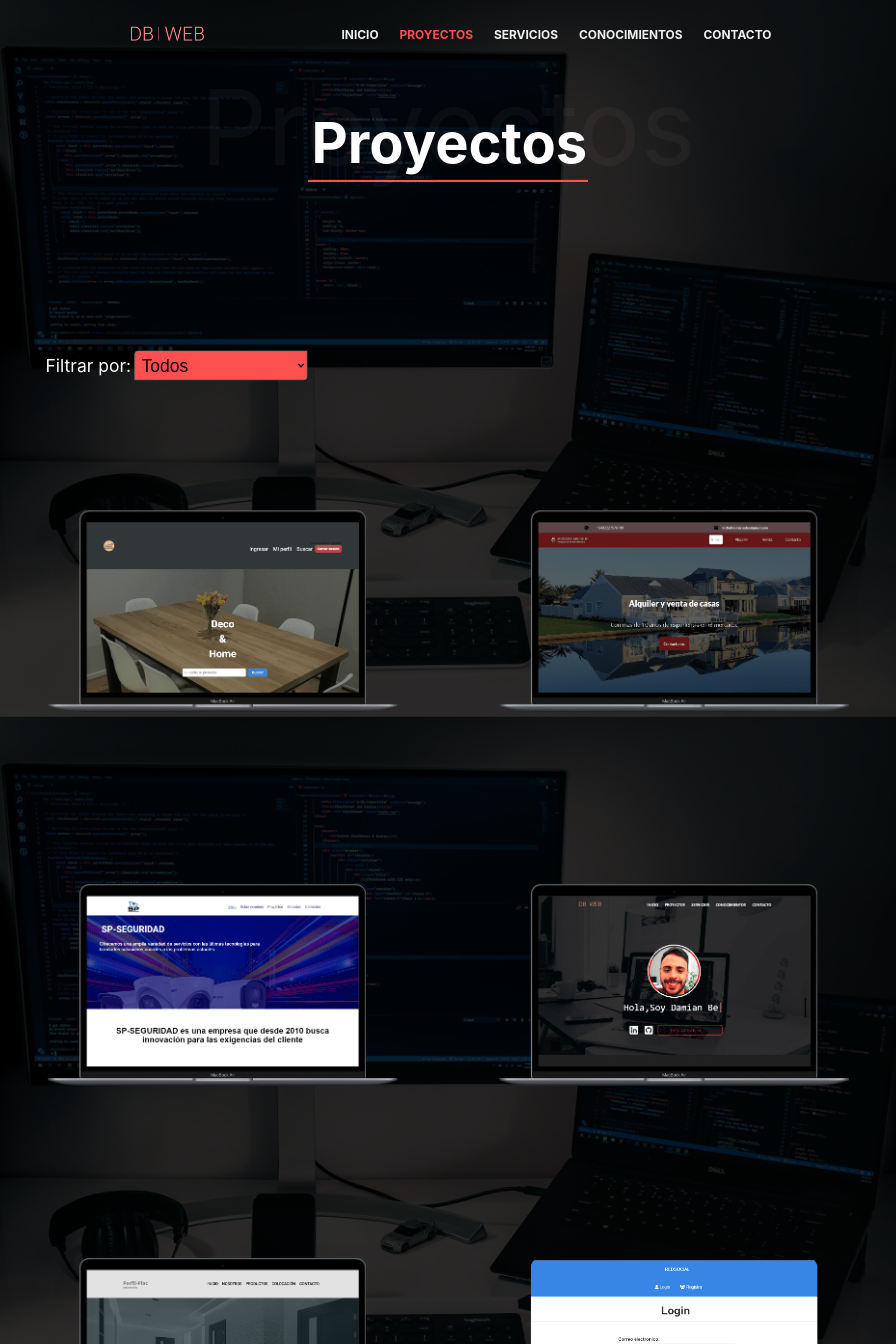
Repository: DamianBermudez94/DB-Porfolio
Page: /proyecto
These files come from the project's save history. The page is drawn as it stood at one moment and after the next save; the edit follows.
The browser window is 1280 px wide. The pictures show the part of the page from y = 0 to 1920 px (the page is 2998 px tall), at 70% of full size.
Backgrounds fixed to the window are drawn as part of the page. Some web libraries are served in a nearby version. The project was rebuilt for these pictures with package versions that can differ from the ones it lists, and the page was loaded fresh each time. Also part of the build but not shown: vite.config.js, src/components/TextoCustom/styles.css, src/components/TextoCustom/CustomText.jsx, src/components/Home/styles.css, src/components/Home/Home.jsx, src/pages/Inicio.jsx, src/components/Servicios/styles.css, src/components/Servicios/Service.jsx and 8 more.

Above is the page before, as saved 2024-04-01 12:21:09.

After the next save:
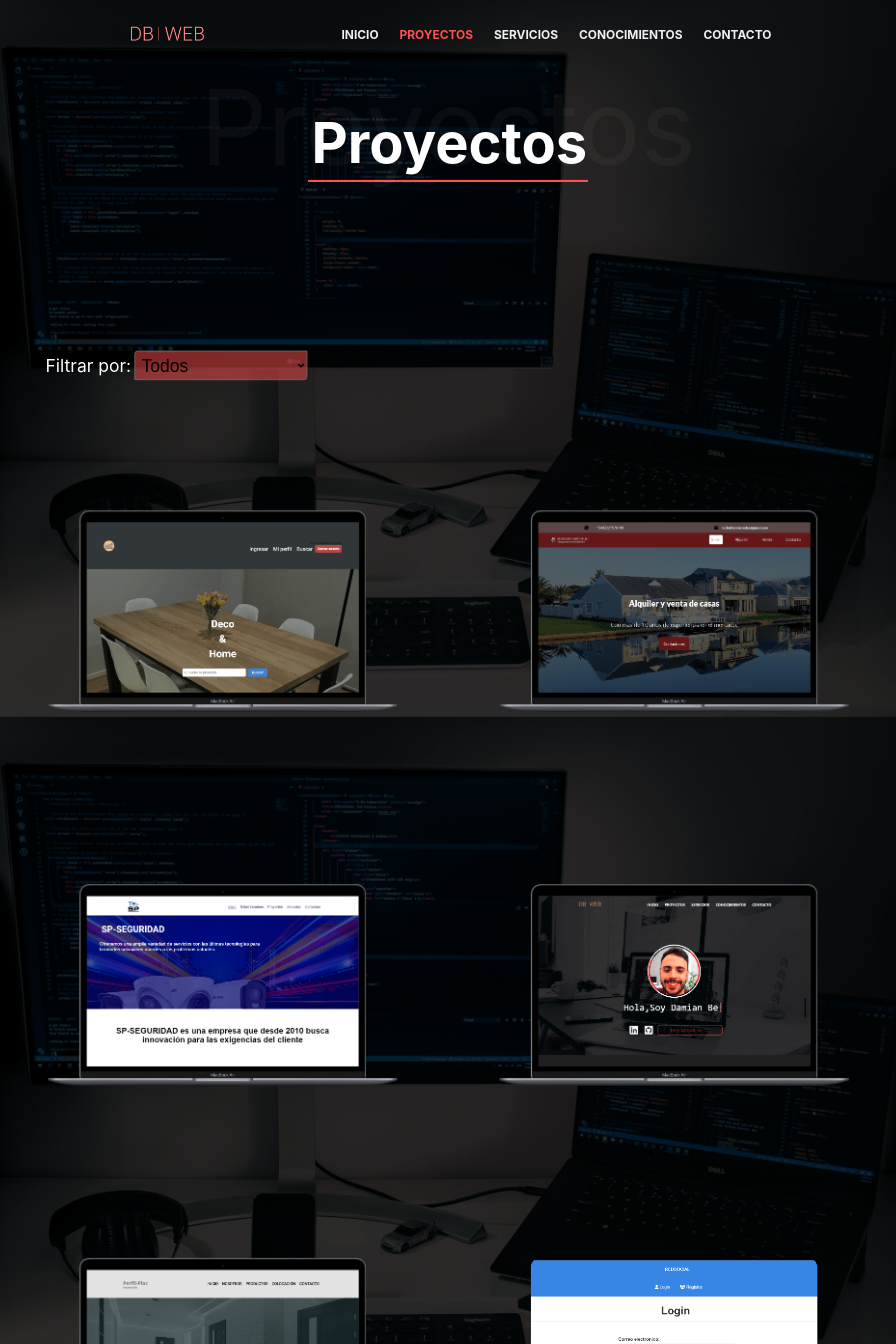
Saved 7 s later.
--- a/src/components/Proyectos/styles.css
+++ b/src/components/Proyectos/styles.css
@@ -49,7 +49,7 @@
   font-size: 25px;
   padding: 5px;
   border-radius: 5px 0px 5px 0px;
-  background-color: rgb(255, 80, 80);
+  background-color: rgb(255, 80, 80,0.5);
 }
 .card-proyectos {
   width: 100%;
